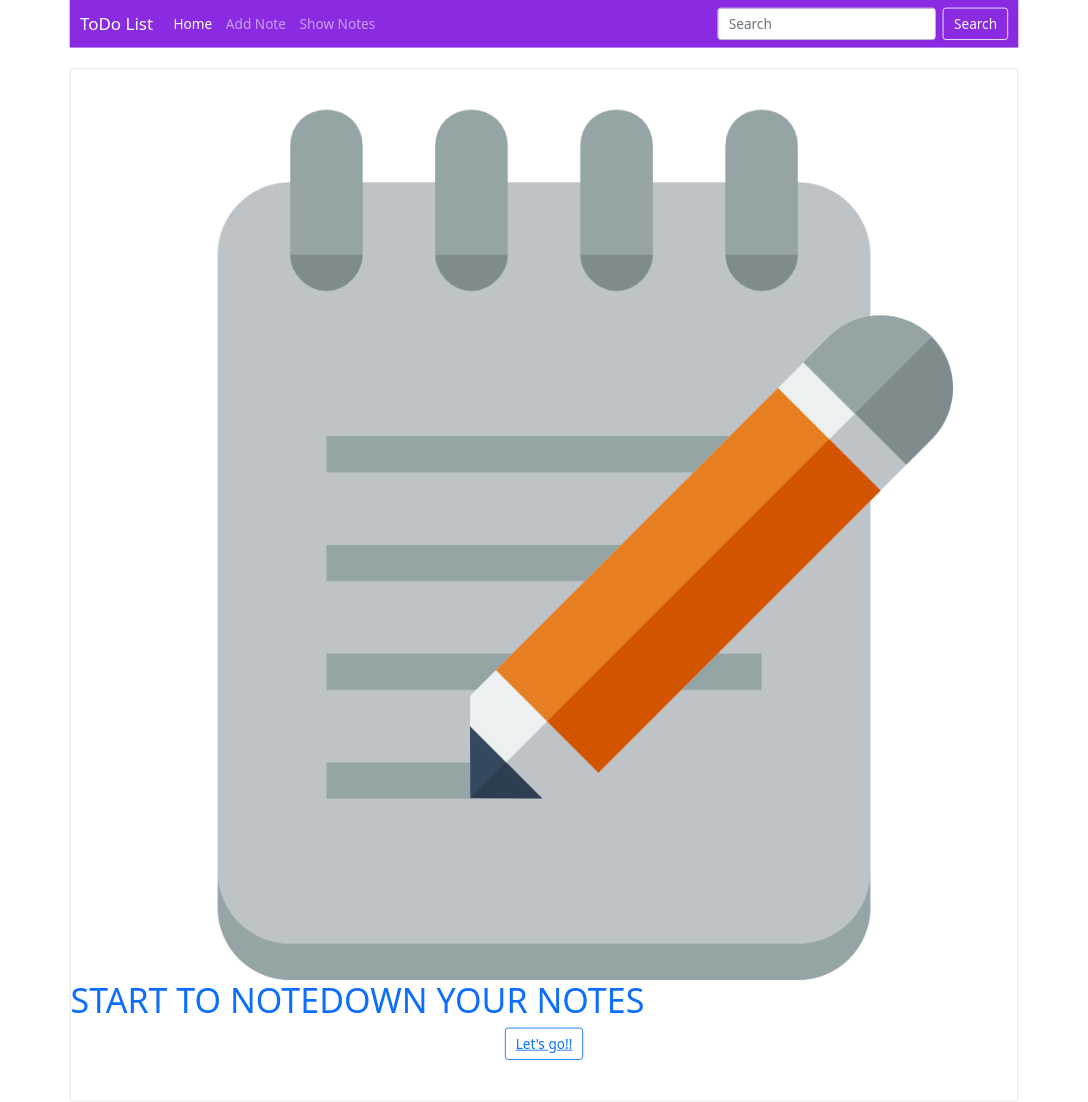
Repository: VishalSalvi17/Hibernate
Page: http://localhost/ToDoList/
These files come from the project's save history. The page is drawn as it stood at one moment and after the next save; the edit follows.
The browser window is 1280 px wide. The pictures show the whole page, at 85% of full size.
Some web libraries are served in a nearby version. The page is served by Tomcat 9. Other server files are loaded and not shown.

Above is the page before, as saved 2023-03-17 07:09:58.

### ToDoList/src/main/webapp/index.jsp
<!doctype html>
<html lang="en">
<head>
<!-- Required meta tags -->
<meta charset="utf-8">
<meta name="viewport" content="width=device-width, initial-scale=1">

<title>TODO List : Home Page</title>
<%@include file="all_js_css.jsp"%>
<link rel="stylesheet"
	href="https://cdnjs.cloudflare.com/ajax/libs/font-awesome/6.3.0/css/all.min.css"
	integrity="sha512-SzlrxWUlpfuzQ+pcUCosxcglQRNAq/DZjVsC0lE40xsADsfeQoEypE+enwcOiGjk/bSuGGKHEyjSoQ1zVisanQ=="
	crossorigin="anonymous" referrerpolicy="no-referrer" />
</head>
<body>
	<div class="container">
		<%@include file="navbar.jsp"%>
		<br>
		<div class="card py-5">
		<img alt="" class = "img-fluid mx-auto" style="width=4px;" src="img/note.png" >
		<!-- <i class="fa-solid fa-envelope"></i>-->
		<h1 class = "text-primary text-uppercase">Start to notedown your notes</h1>
		<div class="container text-center">
			<button class="btn btn-outline-primary text-center"><a href = "addnote.jsp">Let's go!!</a></button>
		</div>

		</div>
	</div>
</body>
</html>

### ToDoList/src/main/webapp/all_js_css.jsp
<!-- Bootstrap CSS -->
<link
	href="https://cdn.jsdelivr.net/npm/bootstrap@5.0.2/dist/css/bootstrap.min.css"
	rel="stylesheet"
	integrity="sha384-EVSTQN3/azprG1Anm3QDgpJLIm9Nao0Yz1ztcQTwFspd3yD65VohhpuuCOmLASjC"
	crossorigin="anonymous">

<!-- style path-->
<link href="css/style.css" rel="stylesheet">

<!-- Option 1: Bootstrap Bundle with Popper -->
<script
	src="https://cdn.jsdelivr.net/npm/bootstrap@5.0.2/dist/js/bootstrap.bundle.min.js"
	integrity="sha384-MrcW6ZMFYlzcLA8Nl+NtUVF0sA7MsXsP1UyJoMp4YLEuNSfAP+JcXn/tWtIaxVXM"
	crossorigin="anonymous"></script>

<!-- Option 2: Separate Popper and Bootstrap JS -->
<script
	src="https://cdn.jsdelivr.net/npm/@popperjs/core@2.9.2/dist/umd/popper.min.js"
	integrity="sha384-IQsoLXl5PILFhosVNubq5LC7Qb9DXgDA9i+tQ8Zj3iwWAwPtgFTxbJ8NT4GN1R8p"
	crossorigin="anonymous"></script>
<script
	src="https://cdn.jsdelivr.net/npm/bootstrap@5.0.2/dist/js/bootstrap.min.js"
	integrity="sha384-cVKIPhGWiC2Al4u+LWgxfKTRIcfu0JTxR+EQDz/bgldoEyl4H0zUF0QKbrJ0EcQF"
	crossorigin="anonymous"></script>

### ToDoList/src/main/webapp/navbar.jsp
<nav class="navbar navbar-expand-lg navbar-dark blue">
  <div class="container-fluid">
    <a class="navbar-brand" href="index.jsp">ToDo List</a>
    <button class="navbar-toggler" type="button" data-bs-toggle="collapse" data-bs-target="#navbarSupportedContent" aria-controls="navbarSupportedContent" aria-expanded="false" aria-label="Toggle navigation">
      <span class="navbar-toggler-icon"></span>
    </button>
    <div class="collapse navbar-collapse" id="navbarSupportedContent">
      <ul class="navbar-nav me-auto mb-2 mb-lg-0">
        <li class="nav-item">
          <a class="nav-link active" aria-current="page" href="index.jsp">Home</a>
        </li>
        <li class="nav-item">
          <a class="nav-link" href="addnote.jsp">Add Note</a>
        </li>
        <li class="nav-item">
          <a class="nav-link" href="all_notes.jsp" tabindex="-1">Show Notes</a>
        </li>
      </ul>
      <form class="d-flex">
        <input class="form-control me-2" type="search" placeholder="Search" aria-label="Search">
        <button class="btn btn-outline-light" type="submit">Search</button>
      </form>
    </div>
  </div>
</nav>

### ToDoList/src/main/webapp/css/style.css
.blue{
	background:#8A2BE2;
}

After the next save:
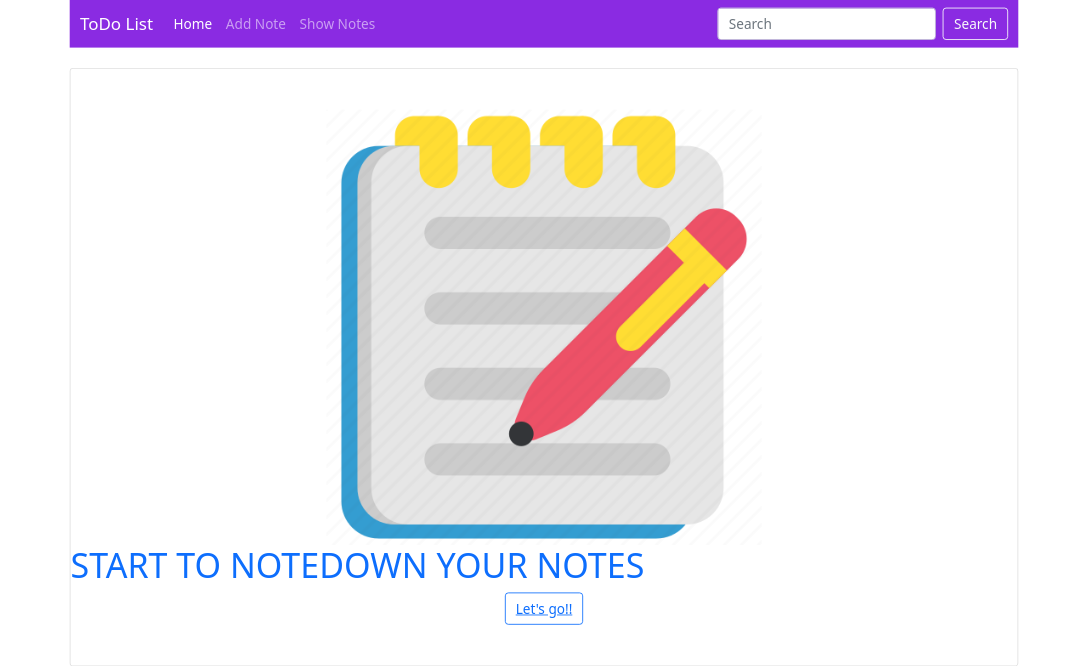
Saved 3 min 6 s later.
--- a/ToDoList/src/main/webapp/index.jsp
+++ b/ToDoList/src/main/webapp/index.jsp
@@ -17,7 +17,7 @@
 		<%@include file="navbar.jsp"%>
 		<br>
 		<div class="card py-5">
-		<img alt="" class = "img-fluid mx-auto" style="width=4px;" src="img/note.png" >
+		<img alt="" class = "img-fluid mx-auto" style="width=4px;" src="img/notebook.webp" >
 		<!-- <i class="fa-solid fa-envelope"></i>-->
 		<h1 class = "text-primary text-uppercase">Start to notedown your notes</h1>
 		<div class="container text-center">
